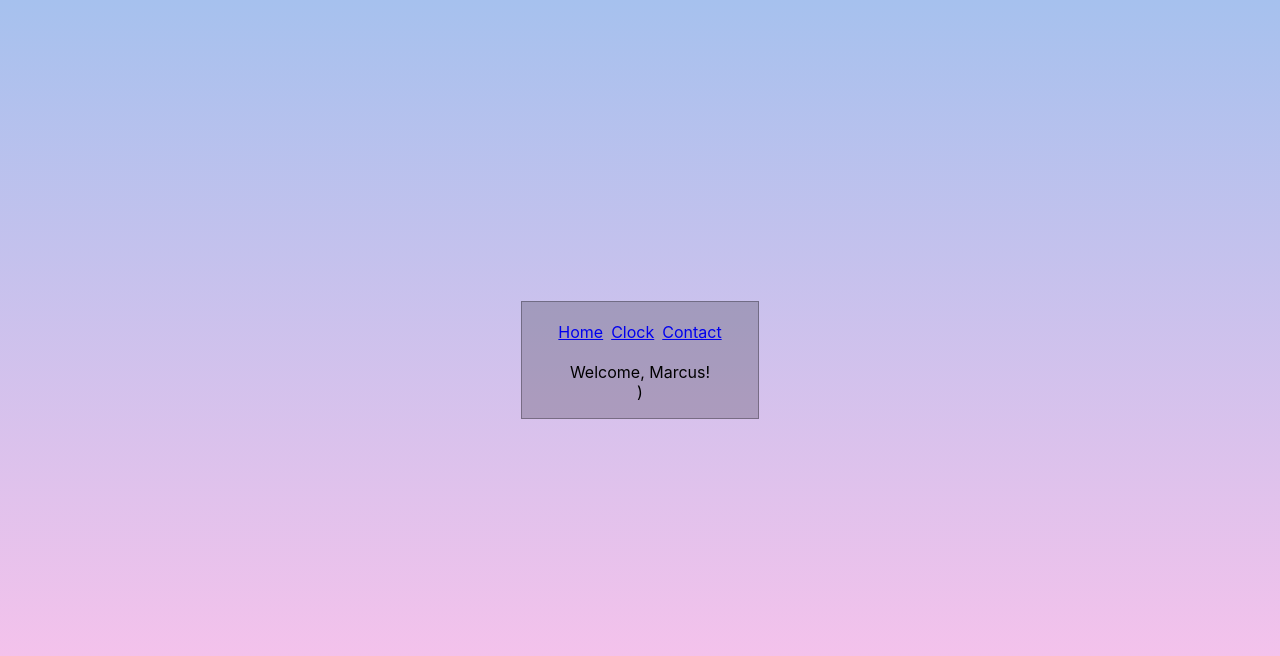
Repository: marcusmerrick/jeopardy
Page: /
These files come from the project's save history. The page is drawn as it stood at one moment and after the next save; the edit follows.
The browser window is 1280 px wide. The pictures show the whole page.
The project was rebuilt for these pictures with package versions that can differ from the ones it lists, and the page was loaded fresh each time. A package was used in the major version that the imports need, not the one package.json lists. Also part of the build but not shown: src/Components/Clocks/Clock.js, src/Components/Contact/Contact.js.

Above is the page before, as saved 2020-08-13 15:11:07.

After the next save:
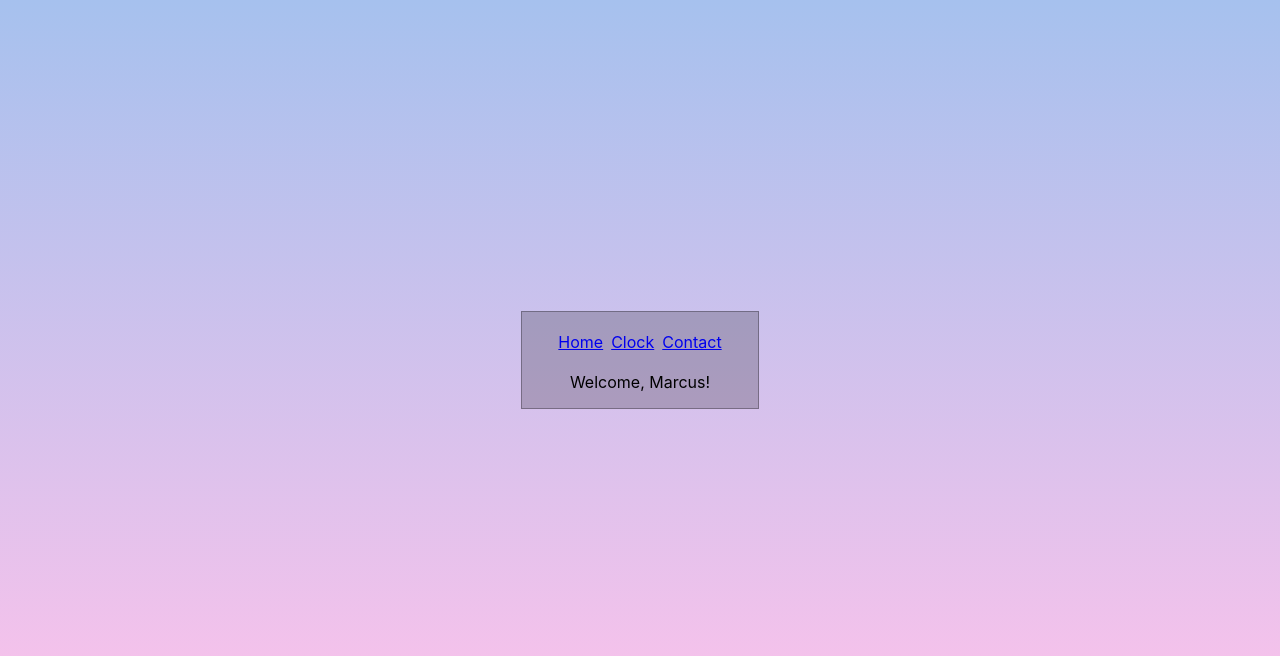
Saved 4 s later.
--- a/src/App.js
+++ b/src/App.js
@@ -27,7 +27,7 @@ function App() {
         <Route path="/clock" component={Clock} />
         <Route path="/contact" component={Contact} />
       </Switch>
-     )
+
     </div>
     );
 }
